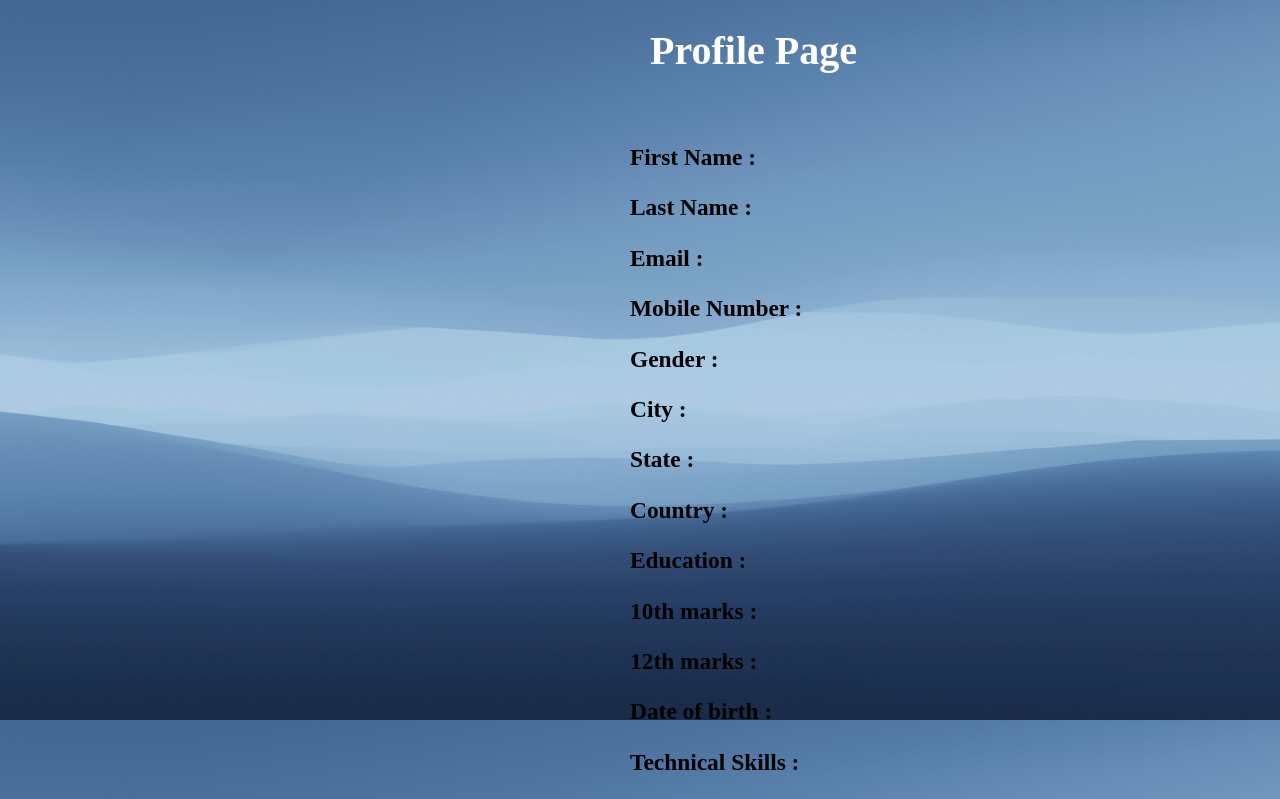
Repository: aboli-vyas/Servlet_Projects
Page: http://localhost/Sevlet_Project/Profile.jsp
An editor plug-in stored every save of this project. The page is shown before and after the next save, followed by the edit.
The browser window is 1280 px wide. The pictures show the whole page.
Backgrounds fixed to the window are drawn as part of the page. The page is served by Tomcat 10. The template is opened directly, without the code that normally fills it, so the values that code supplies are empty.

Above is the page before, as saved 2025-06-10 14:22:07.

After the next save:
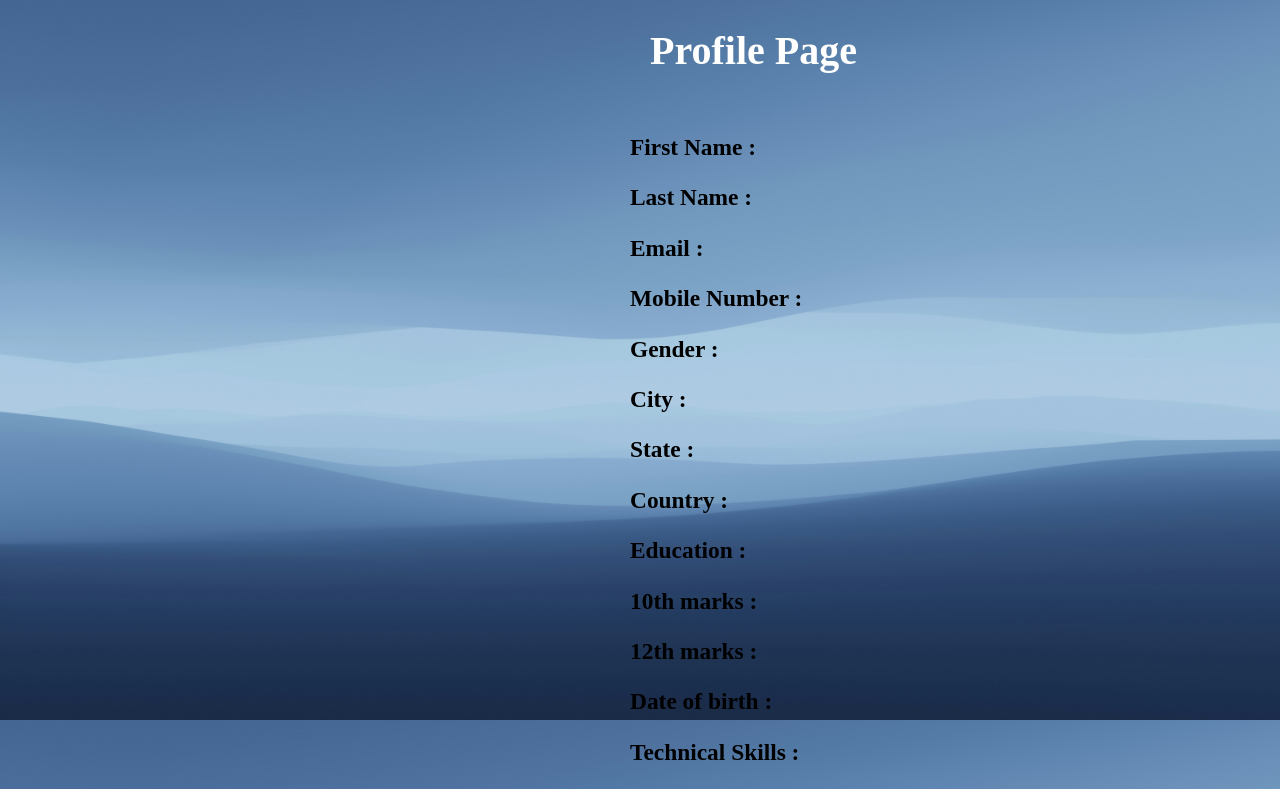
Saved 32 s later.
--- a/Sevlet_Project/src/main/webapp/style4.css
+++ b/Sevlet_Project/src/main/webapp/style4.css
@@ -28,7 +28,7 @@ h1{
 }
 .container{
 	margin-left: 630px;
-	margin-top: 20px;
+	margin-top: 10px;
 	font-size: 20px;
 	scroll-margin-top: 60px;
 	position: absolute;
